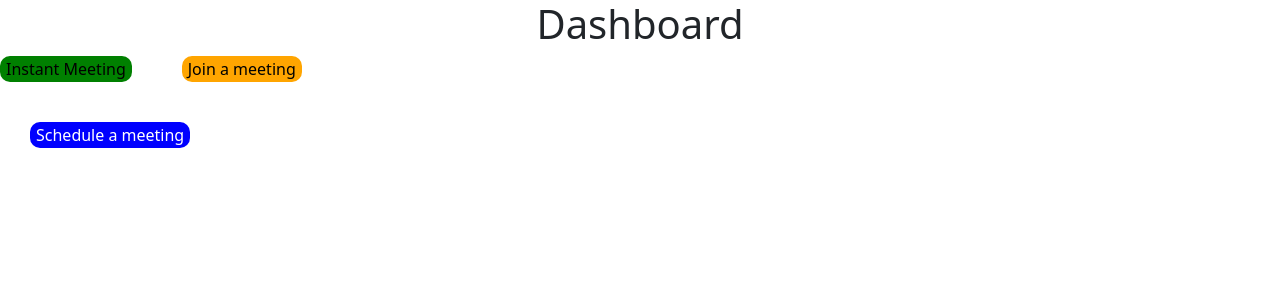
Repository: sreech465/myexam
Page: /
The author's editor kept a copy of each file at every save. The page is drawn from the files as they stood at one save, then again after the next save.
The browser window is 1280 px wide. The pictures show the whole page.
The project was rebuilt for these pictures with package versions that can differ from the ones it lists, and the page was loaded fresh each time. Also part of the build but not shown: src/Jmeet.js, src/Smeet.js, src/Joinmeet.js.

Above is the page before, as saved 2023-01-14 17:27:31.

After the next save:
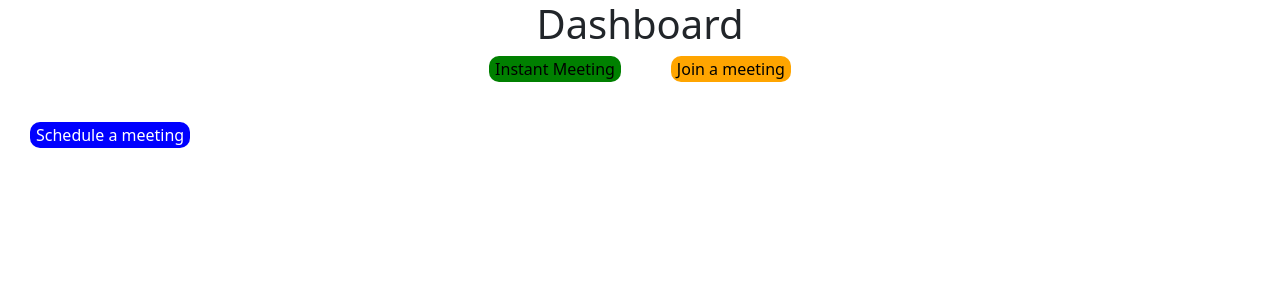
Saved 35 s later.
--- a/src/Details.js
+++ b/src/Details.js
@@ -16,7 +16,7 @@ const Details = () => {
   return (
     <div className="App">
       <h1>Dashboard</h1>
-      <div style={{ display: "flex" }}>
+      <div style={{ display: "flex", justifyContent: "center" }}>
         <button
           style={{
             backgroundColor: "green",
